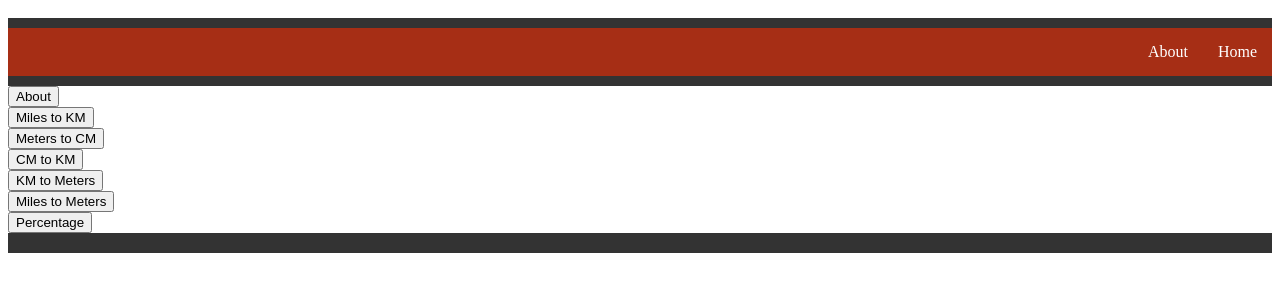
Repository: Kamrangujjar85112/Length-Converter
Page: html/home.html
The author's editor kept a copy of each file at every save. The page is drawn from the files as they stood at one save, then again after the next save.
The browser window is 1280 px wide. The pictures show the whole page.

Above is the page before, as saved 2022-01-21 02:30:29.

After the next save:
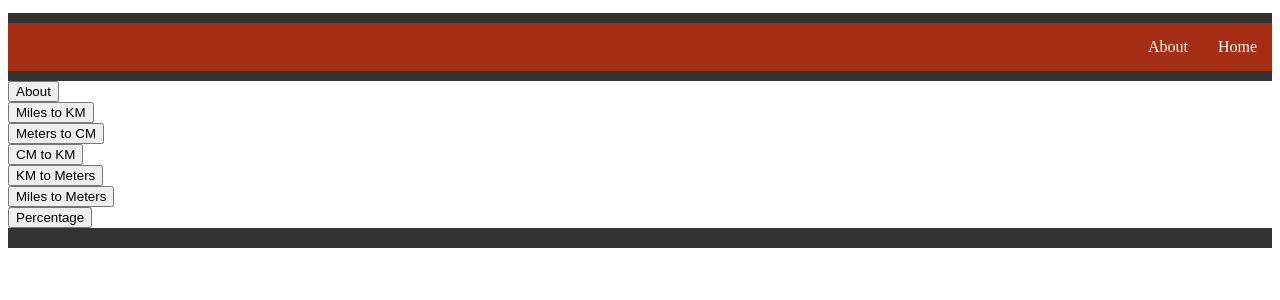
Saved 9 s later.
--- a/css/style.css
+++ b/css/style.css
@@ -1,5 +1,5 @@
   body{
-    padding-top: 10px;
+    padding-top: 5px;
     padding-bottom: 40px;
 }
 .header{
